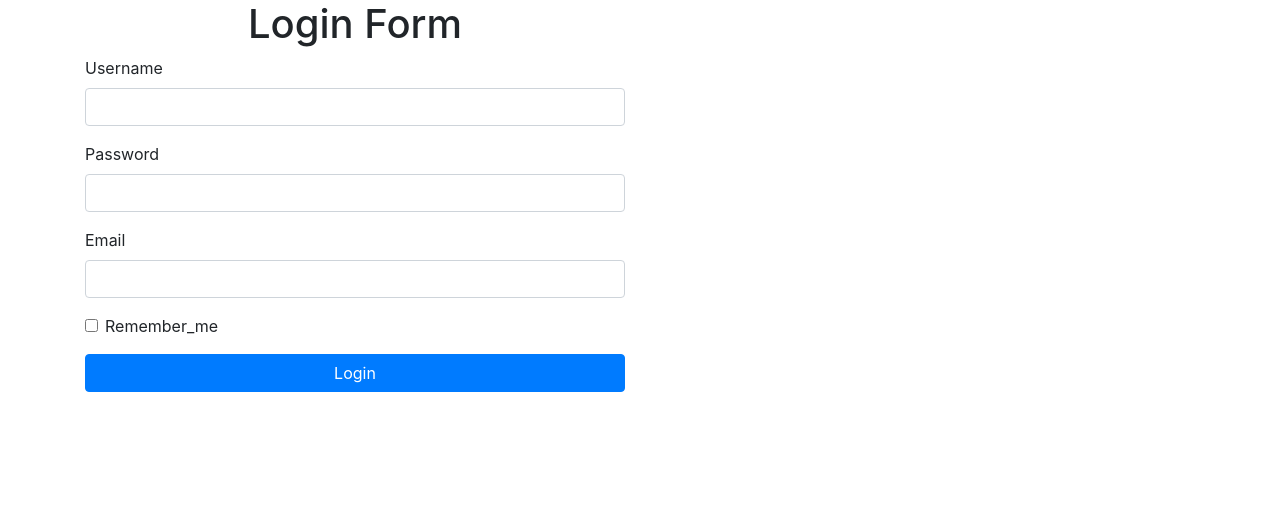
Repository: anhtu2110/front_end
Page: lesson/bootstrap/advance/5.11-form.html
These files come from the project's save history. The page is drawn as it stood at one moment and after the next save; the edit follows.
The browser window is 1280 px wide. The pictures show the whole page.

Above is the page before, as saved 2022-12-08 13:40:43.

### lesson/bootstrap/advance/5.11-form.html
<!DOCTYPE html>
<html lang="en">
  <head>
    <meta charset="UTF-8" />
    <meta http-equiv="X-UA-Compatible" content="IE=edge" />
    <meta name="viewport" content="width=device-width, initial-scale=1.0" />
    <link rel="stylesheet" href="./bootstrap/css/bootstrap.min.css" />
    <title>Hiển thị các phần tử form</title>
  </head>
  <body>
    <div class="container">
        <div class="row">
          <div class="col-md-6">
            <h1 class="text-center">Login Form</h1>
            <form action="">
              <div class="form-group">
                <label for="username">Username</label>
                <input type="text" class="form-control" name="username" id="username" />
              </div>
              <div class="form-group">
                <label for="password">Password</label>
                <input type="password" class="form-control" name="password" id="password" />
              </div>
              <div class="form-group">
                <label for="email">Email</label>
                <input type="email" class="form-control" name="email" id="email" />
              </div>
              <div class="form-group form-check">
                <input type="checkbox" class="form-check-input" name="remember_me" id="remember_me" />
                <!-- .form-check-input thêm vào với trường hợp loại chechbox  -->
                <label for="remember_me" class="form-check-label">Remember_me</label>
              </div>
              <button type="submit" class="btn btn-primary btn-block" name="">Login</button>
            </form>
          </div>
        </div>
      </div>
    <script src="js/jquery-3.6.1.min.js"></script>
    <script src="js/popper.min.js"></script>
    <script src="./bootstrap/js/bootstrap.min.js"></script>
  </body>
</html>

Loaded but not shown: lesson/bootstrap/advance/bootstrap/css/bootstrap.min.css (library); lesson/bootstrap/advance/js/jquery-3.6.1.min.js (library); lesson/bootstrap/advance/js/popper.min.js (library); lesson/bootstrap/advance/bootstrap/js/bootstrap.min.js (library)

After the next save:
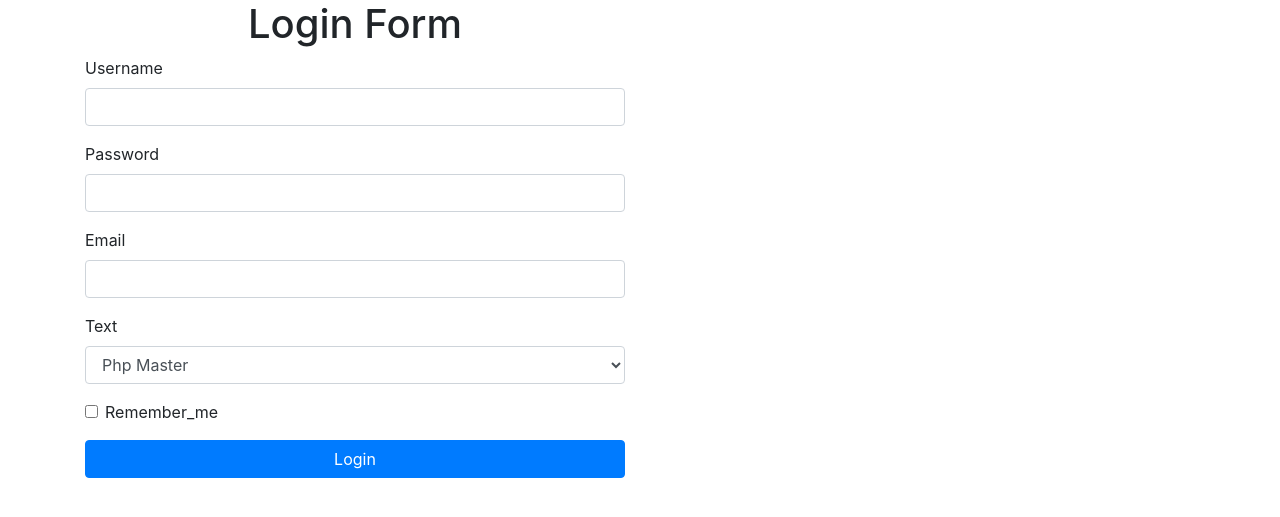
Saved 119 s later.
--- a/lesson/bootstrap/advance/5.11-form.html
+++ b/lesson/bootstrap/advance/5.11-form.html
@@ -25,6 +25,14 @@
                 <label for="email">Email</label>
                 <input type="email" class="form-control" name="email" id="email" />
               </div>
+              <div class="form-group">
+                <label for="my-select">Text</label>
+                <select id="my-select" class="form-control" name="">
+                    <option>Php Master</option>
+                    <option>Bootstrap</option>
+                    <option>Responsive</option>
+                </select>
+              </div>
               <div class="form-group form-check">
                 <input type="checkbox" class="form-check-input" name="remember_me" id="remember_me" />
                 <!-- .form-check-input thêm vào với trường hợp loại chechbox  -->
